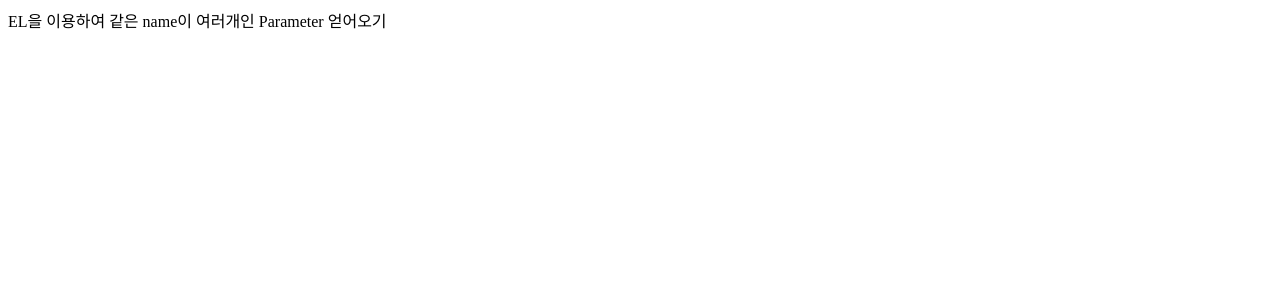
Repository: Seenee-Shin/servlet-jsp
Page: http://localhost/JSPProject/forResult.jsp
These files come from the project's save history. The page is drawn as it stood at one moment and after the next save; the edit follows.
The browser window is 1280 px wide. The pictures show the whole page.
The page is served by Tomcat 9.

Above is the page before, as saved 2021-11-30 03:38:55.

After the next save:
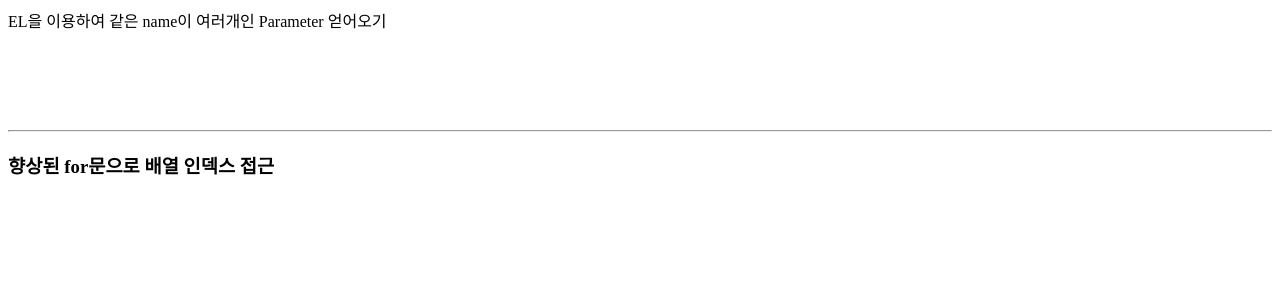
Saved 58 s later.
--- a/JSPProject/src/main/webapp/forResult.jsp
+++ b/JSPProject/src/main/webapp/forResult.jsp
@@ -1,4 +1,5 @@
 <%@ page language="java" contentType="text/html; charset=UTF-8" pageEncoding="UTF-8"%>
+<%@taglib prefix="c"  uri="http://java.sun.com/jsp/jstl/core"%>
 <!DOCTYPE html>
 <html lang="ko">
 <head>
@@ -20,5 +21,8 @@
 	${paramValues.lang[1]}<br>
 	${paramValues.lang[2]}<br>
 	<!-- 배열을 인덱스로 접근 -->
+
+	<hr>
+	<h3>향상된 for문으로 배열 인덱스 접근</h3>
 </body>
 </html>
